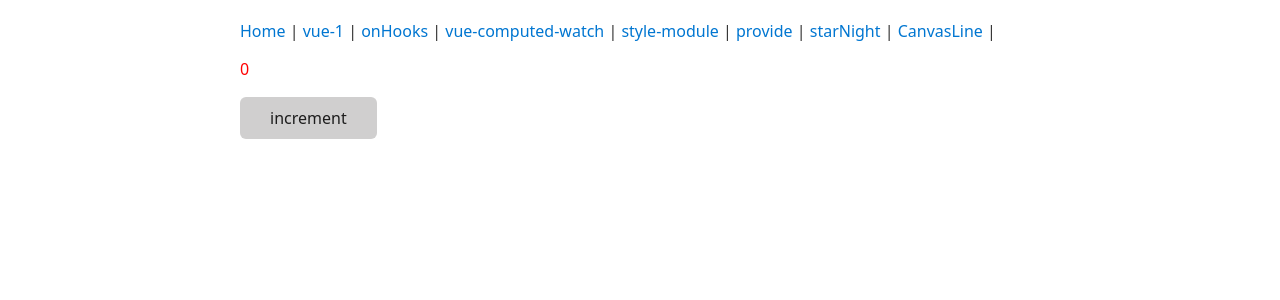
Repository: 596178924/vue3-ts-html
Page: /
These files come from the project's save history. The page is drawn as it stood at one moment and after the next save; the edit follows.
The browser window is 1280 px wide. The pictures show the whole page.
The project was rebuilt for these pictures with package versions that can differ from the ones it lists, and the page was loaded fresh each time. Also part of the build but not shown: vue.config.js.

Above is the page before, as saved 2022-02-15 15:52:58.

### public/index.html
<!DOCTYPE html>
<html lang="">
  <head>
    <meta charset="utf-8">
    <meta http-equiv="X-UA-Compatible" content="IE=edge">
    <meta name="viewport" content="width=device-width,initial-scale=1.0">
	<link rel="stylesheet" href="https://cdn.jsdelivr.net/npm/water.css@2/out/water.css">
    <link rel="icon" href="<%= BASE_URL %>favicon.ico">
    <title><%= htmlWebpackPlugin.options.title %></title>
  </head>
  <body>
    <noscript>
      <strong>We're sorry but <%= htmlWebpackPlugin.options.title %> doesn't work properly without JavaScript enabled. Please enable it to continue.</strong>
    </noscript>
    <div id="app"></div>
    <!-- built files will be auto injected -->
  </body>
</html>

### src/main.ts
import { createApp } from 'vue';
import App from './App.vue';
import router from './router';
import { createPinia } from 'pinia'
const app = createApp(App);
app.use(createPinia());
app.use(router);
app.mount('#app');

### src/App.vue
<template>
  <div id="nav">
    <router-link to="/">Home</router-link> |
    <router-link to="/vue-1">vue-1</router-link> |
    <router-link to="/onHooks">onHooks</router-link> |
    <router-link to="/vue-computed-watch">vue-computed-watch</router-link> |
    <router-link to="/style-module">style-module</router-link> |
    <router-link to="/provide">provide</router-link> |
    <router-link to="/starNight">starNight</router-link> |
    <router-link to="/CanvasLine">CanvasLine</router-link> |

  </div>
  <router-view/>
</template>

<style lang="scss">

</style>

### src/router/index.ts
import { createRouter, createWebHashHistory, RouteRecordRaw } from 'vue-router';

const routes: Array<RouteRecordRaw> = [
	{
		path: '/',
		name: 'Home',
		component: () => import('@/views/Home.vue')
	},
	{
		path: '/vue-1',
		name: 'vue-1',
		component: () => import('@/views/vue-1.vue')
	},
	{
		path: '/onHooks',
		name: 'onHooks',
		component: () => import('@/views/onHooks.vue')
	},
	{
		path: '/vue-computed-watch',
		name: 'vue-computed-watch',
		component: () => import('@/views/vue-computed-watch.vue')
	},
	{
		path: '/style-module',
		name: 'style-module',
		component: () => import('@/views/style-module.vue')
	},
	{
		path: '/provide',
		name: 'provide',
		component: () => import('@/views/provide.vue')
	},
	{
		path: '/starNight',
		name: 'starNight',
		component: () => import('@/views/starNight.vue')
	},
	{
		path: '/CanvasLine',
		name: 'CanvasLine',
		component: () => import('@/views/CanvasLine.vue')
	},

];

const router = createRouter({
	history: createWebHashHistory(),
	routes
});

export default router;

### src/views/Home.vue
<template>
	<div class="home">
		<p class="red">{{ useStoreCounter.counter }}</p>
		<button @click="useStoreCounter.increment">increment</button>
	</div>
</template>

<script setup lang="ts" >
import { UseStoreCounter } from "@/PiniaStore/counter"
import { ref } from "vue";
const useStoreCounter = UseStoreCounter()
console.log(useStoreCounter)
// let counter = ref(0);
</script>
<style lang="scss" scoped>
.red {
	color: #ff0000;
}
</style>

### src/PiniaStore/counter.ts
import { defineStore } from "pinia"

export const UseStoreCounter = defineStore('counter', {
	state: () => ({
		counter: 0,
		name: 'pinia',
		isAdmin: true
	}),
	getters:{
		doubleCounter:({counter})=> counter * 2
	},
	actions:{
		increment() {
			this.counter++;
			console.log("UseStoreCounter increment",this.counter)
		},
		randomizeCounter() {
			this.counter = Math.round(100 * Math.random())
		}
	}
})

After the next save:
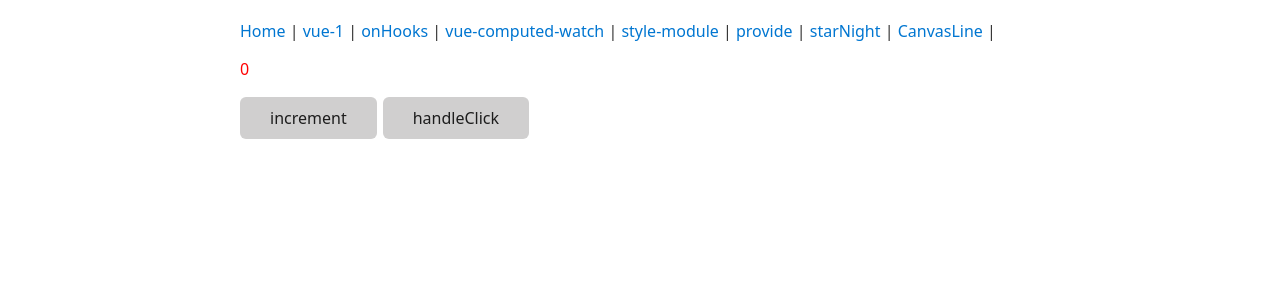
Saved 64 s later.
--- a/src/views/Home.vue
+++ b/src/views/Home.vue
@@ -2,6 +2,8 @@
 	<div class="home">
 		<p class="red">{{ useStoreCounter.counter }}</p>
 		<button @click="useStoreCounter.increment">increment</button>
+		<button @click="handleClick">handleClick</button>
+
 	</div>
 </template>
 
@@ -11,6 +13,10 @@ import { ref } from "vue";
 const useStoreCounter = UseStoreCounter()
 console.log(useStoreCounter)
 // let counter = ref(0);
+
+const handleClick = () => {
+	useStoreCounter.counter + 5;
+}
 </script>
 <style lang="scss" scoped>
 .red {
